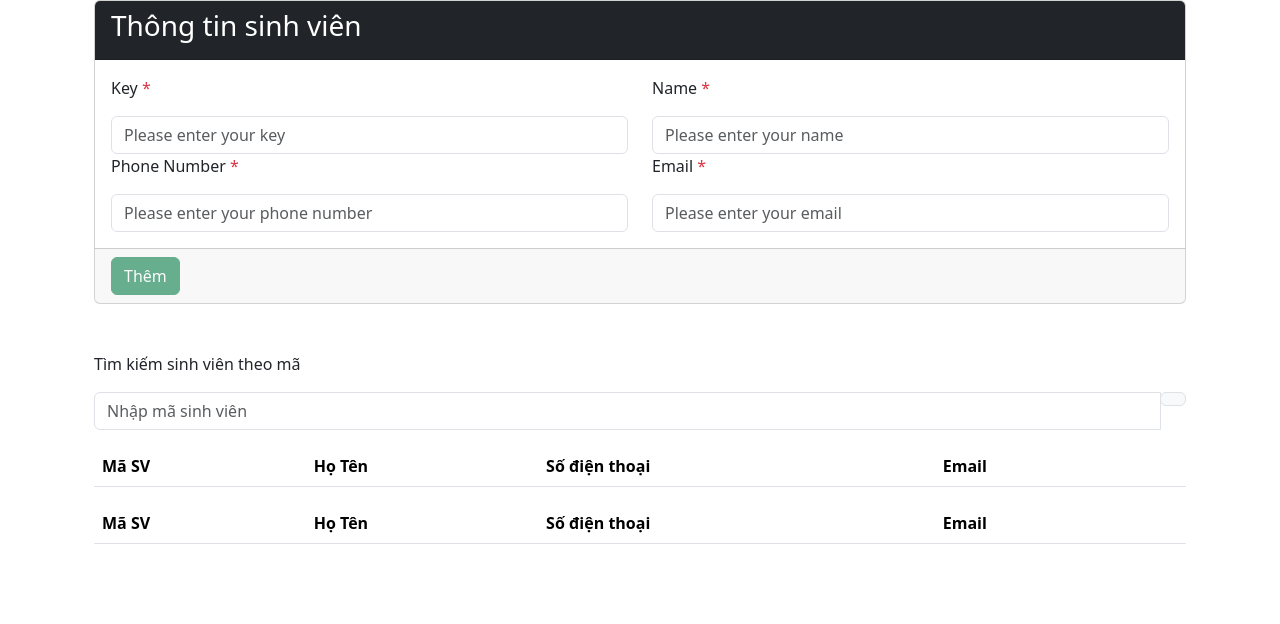
Repository: KhoiNguyen77/BT_REACT_FORM
Page: /
These files come from the project's save history. The page is drawn as it stood at one moment and after the next save; the edit follows.
The browser window is 1280 px wide. The pictures show the whole page.
The project was rebuilt for these pictures with package versions that can differ from the ones it lists, and the page was loaded fresh each time.

Above is the page before, as saved 2023-05-29 10:39:47.

### src/FormComponent/Form.jsx
import React, { Component } from 'react'
import InputField from './InputField'
import TableField from './TableField'

export default class Form extends Component {
    state = {
        students: [],
        student: {},
        display: "",
        updateDisplay: "none"
    }
    add = (student) => {
        const students = [...this.state.students];
        students.push(student);
        this.setState({
            students: students
        })
    }
    delete = (key) => {
        const students = [...this.state.students];
        const findIndex = students.findIndex(student => student.key == key)
        if (findIndex != -1) {
            students.splice(findIndex, 1)
        }
        this.setState({
            students: students
        })
    }
    edit = (key) => {
        const students = [...this.state.students];
        const student = students.find(student => student.key == key)
        if (student) {
            this.setState({
                student: student,
                display: "none",
                updateDisplay: ""
            })
        }
        for (let key in student) {
            document.querySelector(`#${key}`).value = student[key]
            if (key == "key") {
                document.querySelector(`#${key}`).disabled = true;
            }
        }
    }

    update = updatedStudent => {
        const students = [...this.state.students];
        const student = students.find(student => student.key == updatedStudent.key)
        for (let key in student) {
            student[key] = updatedStudent[key];
        }
        this.setState({
            students: students,
            display: "",
            updateDisplay: "none"
        })
    }
    render() {
        return (
            <div className='container'>
                <InputField add={this.add} students={this.state.students} student={this.state.student} update={this.update} display={this.state.display} updateDisplay={this.state.updateDisplay}></InputField>
                <TableField students={this.state.students} deleteStudent={this.delete} edit={this.edit}></TableField>
            </div>
        )
    }

    componentDidUpdate(prevProps, prevStates) {
        if (prevStates.students != this.state.students) {
            console.log("!");
            return true;
        } return false
    }
}

### src/FormComponent/InputField.jsx
import React, { Component, PureComponent } from 'react'

export default class InputField extends PureComponent {
    constructor(props) {
        super(props);
        this.state = {
            values: {
                key: 0,
                name: "",
                phoneNumber: 0,
                email: ''
            },
            errors: {
                key: "*",
                name: "*",
                phoneNumber: "*",
                email: "*"
            },
            Disabled: true,
            disabledEdit: true,
            display: "",
            updateDisplay: "none",
        }
    }
    UNSAFE_componentWillReceiveProps(nextProps) {
        console.log(this.state.values);
        if (nextProps.student !== this.state.values) {
            this.setState({
                values: nextProps.student,
                errors: {
                    key: "",
                    name: "",
                    phoneNumber: "",
                    email: ""
                },
                disabledEdit: true,
                display: nextProps.display,
                updateDisplay: nextProps.updateDisplay
            })
        }
    }
    handleInput = e => {
        const { students } = this.props;
        const { id, value, } = e.target;
        const inputValues = { ...this.state.values }
        const errors = { ...this.state.errors }
        let message = ""
        inputValues[id] = value;
        let dataType = e.target.getAttribute("data-type");
        // eslint-disable-next-line default-case
        switch (dataType) {
            case "letter": {
                let regexLetter = /^[a-zA-Z]+$/;
                if (!regexLetter.test(value)) {
                    message = id + ' must be letters';
                }
                break;
            }
            case "number": {
                let min = JSON.parse(e.target.getAttribute("min-maxLength"))[0];
                let max = JSON.parse(e.target.getAttribute("min-maxLength"))[1];
                if (value.length < min || value.length > max) {
                    message = id + ` must be from ${min} to ${max} length`
                }
                break;
            }
            // eslint-disable-next-line no-fallthrough
            case "email": {
                var mailformat = /^(([^<>()\[\]\\.,;:\s@"]+(\.[^<>()\[\]\\.,;:\s@"]+)*)|(".+"))@((\ [[0-9]{1,3}\.[0-9]{1,3}\.[0-9]{1,3}\.[0-9]{1,3}\])|(([a-zA-Z\-0-9]+\.)+[a-zA-Z]{2,}))$/
                if (!mailformat.test(value)) {
                    message = id + ' must be in correct form'
                    break;
                }
            }
        }
        if (e.target.getAttribute("uniqe")) {
            if (students.find(student => student.key == value)) {
                message = id + " has exists!";
            }
        }
        if (value.trim() == "") {
            message = id + " can't be blank";
        }
        errors[id] = message
        let result = this.checkValidForm(errors);
        this.setState({
            values: inputValues,
            errors: errors,
            Disabled: result,
            disabledEdit: false,
        })

    }
    checkValidForm = (errors) => {
        let output = false;
        for (let key in errors) {
            if (errors[key] !== "") {
                output = true;
                break
            }
        }
        return output
    }
    handleSubmit = e => {
        e.preventDefault();
        document.querySelector("form.card").reset();
        this.setState({
            values: {
                key: 0,
                name: "",
                phoneNumber: 0,
                email: ''
            },
            errors: {
                key: "*",
                name: "*",
                phoneNumber: "*",
                email: "*"
            },
            Disabled: true,
            updateDisplay: "none"
        })
        const { add } = this.props;
        add(this.state.values);
    }

    handleEdit = e => {
        e.preventDefault();
        document.querySelector("form.card").reset();
        this.setState({
            values: {
                key: 0,
                name: "",
                phoneNumber: 0,
                email: ''
            },
            errors: {
                key: "*",
                name: "*",
                phoneNumber: "*",
                email: "*"
            },
            Disabled: true,
            display: "",
            updateDisplay: "none"
        })
        document.querySelector("#key").disabled = false
        const { update } = this.props;
        update(this.state.values);
    }
    render() {
        return (
            <div className='container mb-5'>
                <form className='card'>
                    <div className="card-header bg-dark">
                        <h3 className='text-white'>Thông tin sinh viên</h3>
                    </div>
                    <div className="card-body">
                        <div className="row">
                            <div className="col-6">
                                <p className='d-inline-block'>Key</p> <span className='text-danger'>{this.state.errors.key}</span>
                                <input type="number" id='key' uniqe="id" min-maxLength="[3,5]" data-type="number" className='form-control' onChange={this.handleInput} placeholder='Please enter your key' />
                            </div>
                            <div className="col-6">
                                <p className='d-inline-block' >Name</p> <span className='text-danger'>{this.state.errors.name}</span>
                                <input type="text" id='name' data-type="letter" className='form-control' onChange={this.handleInput} placeholder='Please enter your name' />
                            </div>
                        </div>
                        <div className="row">
                            <div className="col-6">
                                <p className='d-inline-block'>Phone Number</p> <span className='text-danger'>{this.state.errors.phoneNumber}</span>
                                <input type="number" id='phoneNumber' className='form-control' min-maxLength="[8,10]" data-type="number" onChange={this.handleInput} placeholder='Please enter your phone number' />
                            </div>
                            <div className="col-6">
                                <p className='d-inline-block'>Email</p> <span className='text-danger'>{this.state.errors.email}</span>
                                <input type="email" id='email' className='form-control' onChange={this.handleInput} data-type="email" placeholder='Please enter your email' />
                            </div>
                        </div>
                    </div>
                    <div className="card-footer">
                        <button type='submit' onClick={this.handleSubmit} className='btn btn-success' disabled={this.state.Disabled} style={{ display: this.state.display }}>Thêm</button>
                        <button type='submit' className='btn btn-primary mx-2' disabled={this.state.disabledEdit} onClick={this.handleEdit} style={{ display: this.state.updateDisplay }} >Update</button>
                    </div>
                </form>
            </div>
        )
    }
}

### src/FormComponent/TableField.jsx
import React, { Component, useState } from 'react'
import Result from './Result'

export default class TableField extends Component {
    constructor(props) {
        super(props)
        this.state = {
            students: []
        }
    }
    handleInput = e => {
        let inputValue = e.target.value
        let result = [];
        const { students } = this.props;
        let cloneStudents = [...students];
        cloneStudents.filter(student => {
            if (student.key == inputValue) {
                result.push(student)
            }
            return result
        })
        console.log(result);
    }
    render() {
        const { students, deleteStudent, edit } = this.props;
        return (
            <div className='container'>
                <div class="row mb-3">
                    <div class="col">
                        <div>
                            <p>Tìm kiếm sinh viên theo mã</p>
                            <div className="input-group">
                                <input type="text" className="form-control" placeholder="Nhập mã sinh viên" id="searchName" onChange={this.handleInput} />
                                <div className="input-group-prepend">
                                    <span className="input-group-text" id="btnSearch"><i className="fa fa-search" /></span>
                                </div>
                            </div>
                        </div>

                    </div>
                </div>
                <table className='table'>
                    <thead>
                        <tr>
                            <th>Mã SV</th>
                            <th>Họ Tên</th>
                            <th>Số điện thoại</th>
                            <th>Email</th>
                            <th></th>
                        </tr>
                    </thead>
                    <tbody>
                        {students.map(student => {
                            return <tr>
                                <td>{student.key}</td>
                                <td>{student.name}</td>
                                <td>{student.phoneNumber}</td>
                                <td>{student.email}</td>
                                <td>
                                    <button className='btn btn-primary mx-3' onClick={() => {
                                        edit(student.key)
                                    }}>Edit</button>
                                    <button className='btn btn-danger' onClick={() => {
                                        deleteStudent(student.key)
                                    }}>Delete</button>
                                </td>
                            </tr>
                        })}
                    </tbody>
                </table>
                <Result></Result>
            </div>
        )
    }
}

### src/FormComponent/Result.jsx
import React, { Component } from 'react'

export default class extends Component {
    render() {
        return (
            <table className='table'>
                <thead>
                    <tr>
                        <th>Mã SV</th>
                        <th>Họ Tên</th>
                        <th>Số điện thoại</th>
                        <th>Email</th>
                        <th></th>
                    </tr>
                </thead>
                <tbody>

                </tbody>
            </table>
        )
    }
}

Loaded but not shown: public/index.html (common file); src/index.js (common file)

After the next save:
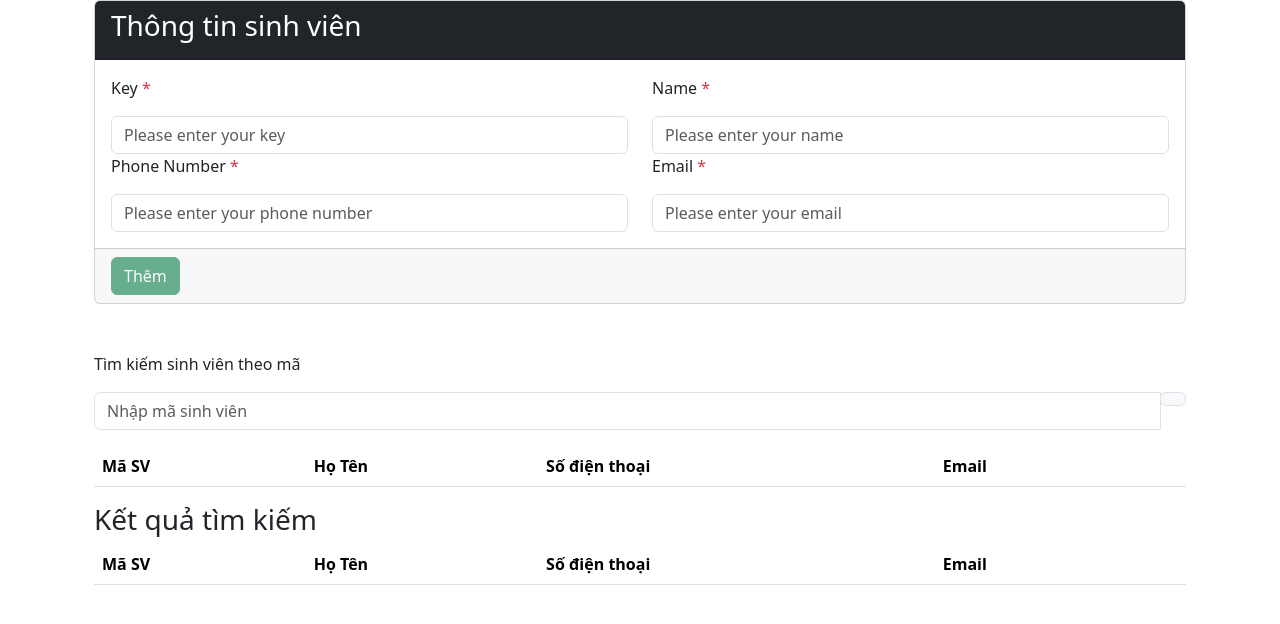
Saved 10 s later.
--- a/src/FormComponent/TableField.jsx
+++ b/src/FormComponent/TableField.jsx
@@ -68,6 +68,7 @@ export default class TableField extends Component {
                         })}
                     </tbody>
                 </table>
+                <h3>Kết quả tìm kiếm</h3>
                 <Result></Result>
             </div>
         )
